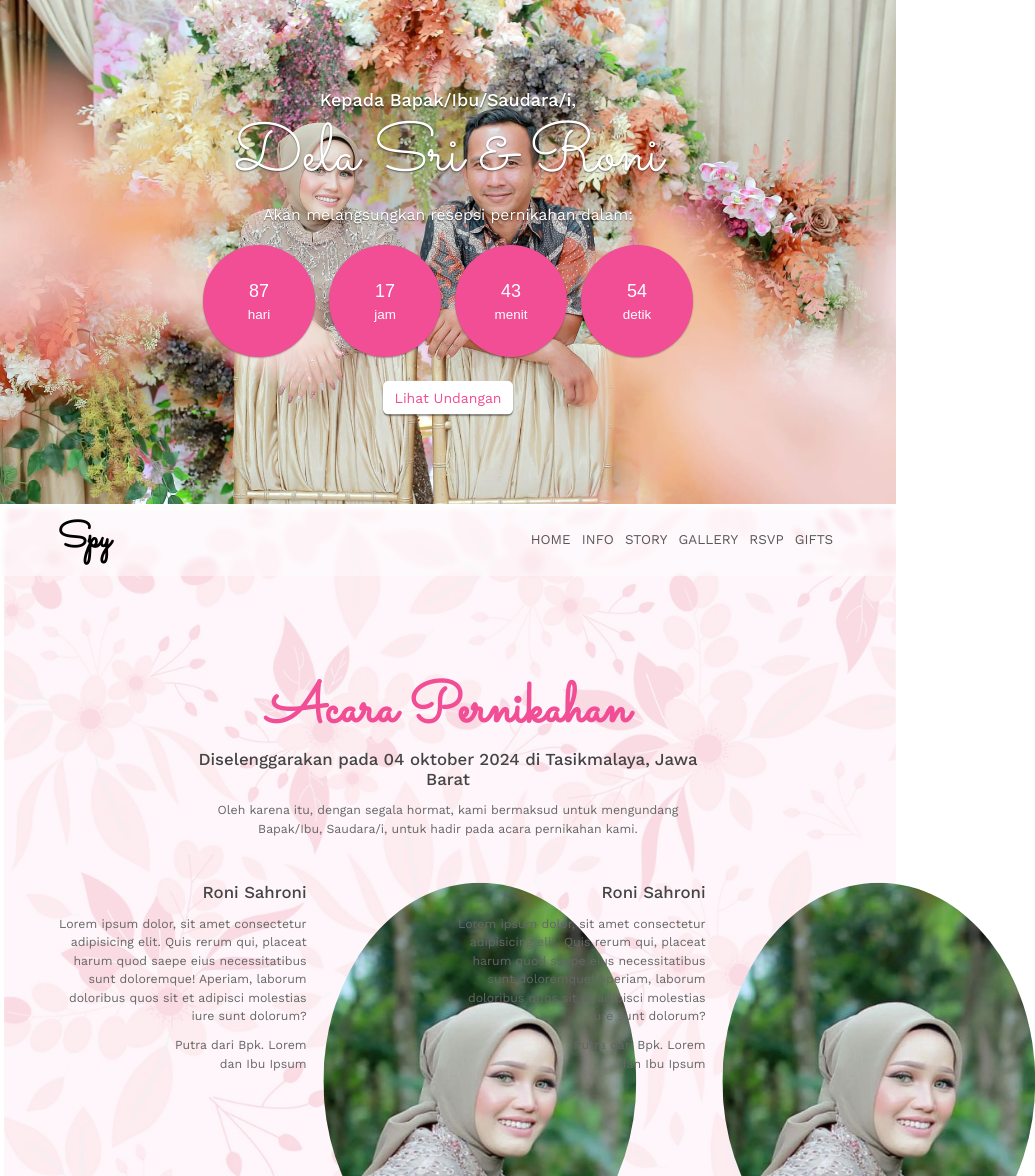
Repository: sellayspy/invitation
Page: index.html
An editor plug-in stored every save of this project. The page is shown before and after the next save, followed by the edit.
The browser window is 1280 px wide. The page is 1479 px wide, then 1280 px, so the pictures cover 1479 px, including what lies to the right of the window. The pictures show the part of the page from y = 0 to 1680 px (the page is 4000 px tall), at 70% of full size.

Above is the page before, as saved 2024-07-08 16:09:58.

### index.html
<!DOCTYPE html>
<html lang="en">
  <head>
    <meta charset="utf-8" />
    <meta name="viewport" content="width=device-width, initial-scale=1" />
    <title>Dela & Roni</title>
    <link
      href="https://cdn.jsdelivr.net/npm/bootstrap@5.3.3/dist/css/bootstrap.min.css"
      rel="stylesheet"
      integrity="sha384-QWTKZyjpPEjISv5WaRU9OFeRpok6YctnYmDr5pNlyT2bRjXh0JMhjY6hW+ALEwIH"
      crossorigin="anonymous"
    />
    <link rel="preconnect" href="https://fonts.googleapis.com" />
    <link rel="preconnect" href="https://fonts.gstatic.com" crossorigin />
    <link
      href="https://fonts.googleapis.com/css2?family=Sacramento&family=Work+Sans:ital,wght@0,100..900;1,100..900&display=swap"
      rel="stylesheet"
    />

    <!--Simple Coutdown-->
    <link rel="stylesheet" href="coutdown/simplyCountdown.theme.default.css" />
    <script src="coutdown/simplyCountdown.min.js"></script>

    <link rel="stylesheet" href="style.css" />
  </head>
  <body>
    <section
      id="hero"
      class="hero w-100 h-100 p-3 mx-auto text-center d-flex justify-content-center align-items-center text-white"
    >
      <main>
        <h4>Kepada Bapak/Ibu/Saudara/i,</h4>
        <h1>Dela Sri & Roni</h1>
        <p>Akan melangsungkan resepsi pernikahan dalam:</p>
        <div class="simply-countdown"></div>
        <a href="#undangan" class="btn btn-lg mt-4">Lihat Undangan</a>
      </main>
    </section>

    <nav class="navbar navbar-expand-md bg-transparent sticky-top mynavbar">
      <div class="container">
        <a class="navbar-brand" href="#">Spy</a>
        <button
          class="navbar-toggler border-0"
          type="button"
          data-bs-toggle="offcanvas"
          data-bs-target="#offcanvasNavbar"
          aria-controls="offcanvasNavbar"
          aria-label="Toggle navigation"
        >
          <span class="navbar-toggler-icon"></span>
        </button>
        <div
          class="offcanvas offcanvas-end"
          tabindex="-1"
          id="offcanvasNavbar"
          aria-labelledby="offcanvasNavbarLabel"
        >
          <div class="offcanvas-header">
            <h5 class="offcanvas-title" id="offcanvasNavbarLabel">Spy</h5>
            <button
              type="button"
              class="btn-close"
              data-bs-dismiss="offcanvas"
              aria-label="Close"
            ></button>
          </div>
          <div class="offcanvas-body">
            <div class="navbar-nav ms-auto">
              <a class="nav-link" href="#home">Home</a>
              <a class="nav-link" href="#info">Info</a>
              <a class="nav-link" href="#story">Story</a>
              <a class="nav-link" href="#gallery">Gallery</a>
              <a class="nav-link" href="#rsvp">RSVP</a>
              <a class="nav-link" href="#gift">Gifts</a>
            </div>
          </div>
        </div>
      </div>
    </nav>

    <section id="home" class="home">
      <div class="container">
        <div class="row justify-content-center">
          <div class="col-md-8 text-center">
            <h2>Acara Pernikahan</h2>
            <h3>
              Diselenggarakan pada 04 oktober 2024 di Tasikmalaya, Jawa Barat
            </h3>
            <p>
              Oleh karena itu, dengan segala hormat, kami bermaksud untuk
              mengundang Bapak/Ibu, Saudara/i, untuk hadir pada acara pernikahan
              kami.
            </p>
          </div>
        </div>

        <div class="row couple mt-5">
          <div class="col-lg-6">
            <div class="row">
              <div class="col-8 text-end">
                <h3>Roni Sahroni</h3>
                <p>
                  Lorem ipsum dolor, sit amet consectetur adipisicing elit. Quis
                  rerum qui, placeat harum quod saepe eius necessitatibus sunt
                  doloremque! Aperiam, laborum doloribus quos sit et adipisci
                  molestias iure sunt dolorum?
                </p>
                <p>
                  Putra dari Bpk. Lorem <br />
                  dan Ibu Ipsum
                </p>
              </div>
              <div class="col-4">
                <img
                  src="img/Desain tanpa judul (2).jpg"
                  alt="Roni Sahroni"
                  class="img-responsive rounded-circle"
                />
              </div>
            </div>
          </div>

          <div class="col-lg-6">
            <div class="row">
              <div class="col-8 text-end">
                <h3>Roni Sahroni</h3>
                <p>
                  Lorem ipsum dolor, sit amet consectetur adipisicing elit. Quis
                  rerum qui, placeat harum quod saepe eius necessitatibus sunt
                  doloremque! Aperiam, laborum doloribus quos sit et adipisci
                  molestias iure sunt dolorum?
                </p>
                <p>
                  Putra dari Bpk. Lorem <br />
                  dan Ibu Ipsum
                </p>
              </div>
              <div class="col-4">
                <img
                  src="img/Desain tanpa judul (2).jpg"
                  alt="Roni Sahroni"
                  class="img-responsive rounded-circle"
                />
              </div>
            </div>
          </div>
        </div>
      </div>
    </section>

    <script
      src="https://cdn.jsdelivr.net/npm/bootstrap@5.3.3/dist/js/bootstrap.bundle.min.js"
      integrity="sha384-YvpcrYf0tY3lHB60NNkmXc5s9fDVZLESaAA55NDzOxhy9GkcIdslK1eN7N6jIeHz"
      crossorigin="anonymous"
    ></script>

    <script>
      simplyCountdown(".simply-countdown", {
        year: 2024, // required
        month: 10, // required
        day: 4, // required
        hours: 8, // Default is 0 [0-23] integer
        words: {
          //words displayed into the countdown
          days: { singular: "hari", plural: "hari" },
          hours: { singular: "jam", plural: "jam" },
          minutes: { singular: "menit", plural: "menit" },
          seconds: { singular: "detik", plural: "detik" },
        },
      });
    </script>
  </body>
</html>

### coutdown/simplyCountdown.theme.default.css
.simply-countdown {
  overflow: hidden;
  display: table;
  font-family: "Arial", sans-serif;
  margin: auto;
}
.simply-countdown > .simply-section {
  width: 50px;
  height: 50px;
  padding: 80px;
  display: flex;
  align-items: center;
  justify-content: center;
  float: left;
  margin: 10px;
  background: var(--pink);
  box-shadow: 0 1px 3px rgba(0, 0, 0, 0.12), 0 1px 2px rgba(0, 0, 0, 0.24);
  border-radius: 50%;
}
.simply-countdown > .simply-section .simply-amount,
.simply-countdown > .simply-section .simply-word {
  display: block;
  text-align: center;
}
.simply-countdown > .simply-section .simply-amount {
  font-size: 1.6rem;
}

### style.css
:root {
  --pink: #f14e95;

  --bg: #0a0a0a;

  --shadow: 0 2px 2px rgb(0 0 0/ 0.5);
}

body {
  font-size: 1.2rem;
  font-family: "Work Sans", sans-serif;
  min-height: 4000px;
}

.hero::before {
  content: "";
  position: absolute;
  top: 0;
  left: 0;
  height: 100%;
  width: 100%;
  background-image: url(img/gambar-1.jpg);
  background-size: cover;
  background-position: center;
  z-index: -1;
  filter: blur(1px);
}

.hero {
  position: relative;
  min-height: 100vh;
}

.hero h1,
.hero h4,
.hero p {
  text-shadow: var(--shadow);
}

.hero h1 {
  font-family: "Sacramento", cursive;
  font-size: 6rem;
}

.hero h4 {
  font-size: 1.6rem;
}

.hero p {
  font-size: 1.4rem;
}

.hero a {
  color: var(--pink);

  background-color: white;

  box-shadow: var(--shadow);
}

.hero a:hover {
  background-color: var(--pink);
  color: white;
}

.mynavbar {
  background-color: rgba(255, 255, 255, 0.4) !important;
  backdrop-filter: blur(4px);
}

.mynavbar .offcanvas {
  height: 100vh;
}

.mynavbar .navbar-brand,
.mynavbar .offcanvas-title {
  font-family: "Sacramento", cursive;
  font-size: 3.2rem;
  font-weight: bold;
}

.mynavbar .nav-link {
  text-transform: uppercase;
}

.home {
  background-image: url(img/Desain\ tanpa\ judul.png);
  background-size: cover;
  min-height: 100vh;
  margin-top: -6rem;
  padding-top: 15rem;
  padding-bottom: 5rem;
}

.home h2 {
  color: var(--pink);
  font-family: "Sacramento", cursive;
  font-size: 5rem;
  font-weight: bold;
}

.home h3 {
  color: #444;
  font-size: 1.5rem;
  margin-bottom: 1rem;
}

.home p {
  font-size: 1.1rem;
  color: #666;
}

/* Media Query */

/* Laptop */
@media (max-width: 992px) {
  html {
    font-size: 75%;
  }
  .simply-countdown > .simply-section {
    padding: 70px;
  }
}

/* Tablet */
@media (max-width: 768px) {
  html {
    font-size: 65%;
  }
  .simply-countdown > .simply-section {
    padding: 60px;
    margin: 5px;
  }

  .mynavbar .nav-link {
    font-size: 2rem;
    text-align: center;
  }
}

/* mobile phone */
@media (max-width: 576px) {
  html {
    font-size: 55%;
  }
  .simply-countdown > .simply-section {
    padding: 45px;
    margin: 3px;
  }
}

Loaded but not shown: coutdown/simplyCountdown.min.js (library)

After the next save:
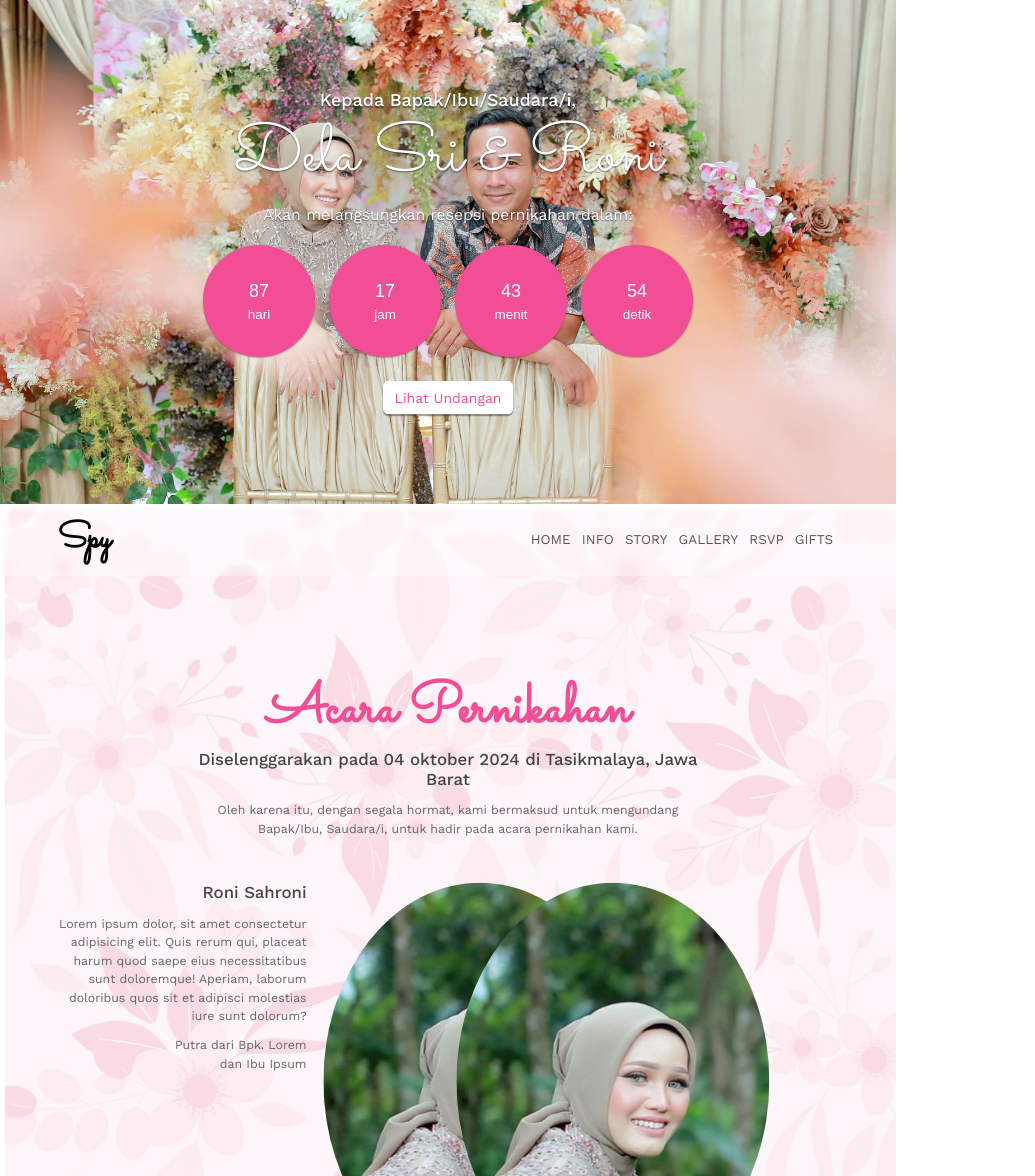
Saved 36 s later.
--- a/index.html
+++ b/index.html
@@ -122,27 +122,26 @@
           </div>
 
           <div class="col-lg-6">
-            <div class="row">
-              <div class="col-8 text-end">
-                <h3>Roni Sahroni</h3>
-                <p>
-                  Lorem ipsum dolor, sit amet consectetur adipisicing elit. Quis
-                  rerum qui, placeat harum quod saepe eius necessitatibus sunt
-                  doloremque! Aperiam, laborum doloribus quos sit et adipisci
-                  molestias iure sunt dolorum?
-                </p>
-                <p>
-                  Putra dari Bpk. Lorem <br />
-                  dan Ibu Ipsum
-                </p>
-              </div>
-              <div class="col-4">
-                <img
-                  src="img/Desain tanpa judul (2).jpg"
-                  alt="Roni Sahroni"
-                  class="img-responsive rounded-circle"
-                />
-              </div>
+            <div class="row"></div>
+            <div class="col-4">
+              <img
+                src="img/Desain tanpa judul (2).jpg"
+                alt="Roni Sahroni"
+                class="img-responsive rounded-circle"
+              />
+            </div>
+            <div class="col-8 text-end">
+              <h3>Roni Sahroni</h3>
+              <p>
+                Lorem ipsum dolor, sit amet consectetur adipisicing elit. Quis
+                rerum qui, placeat harum quod saepe eius necessitatibus sunt
+                doloremque! Aperiam, laborum doloribus quos sit et adipisci
+                molestias iure sunt dolorum?
+              </p>
+              <p>
+                Putra dari Bpk. Lorem <br />
+                dan Ibu Ipsum
+              </p>
             </div>
           </div>
         </div>
